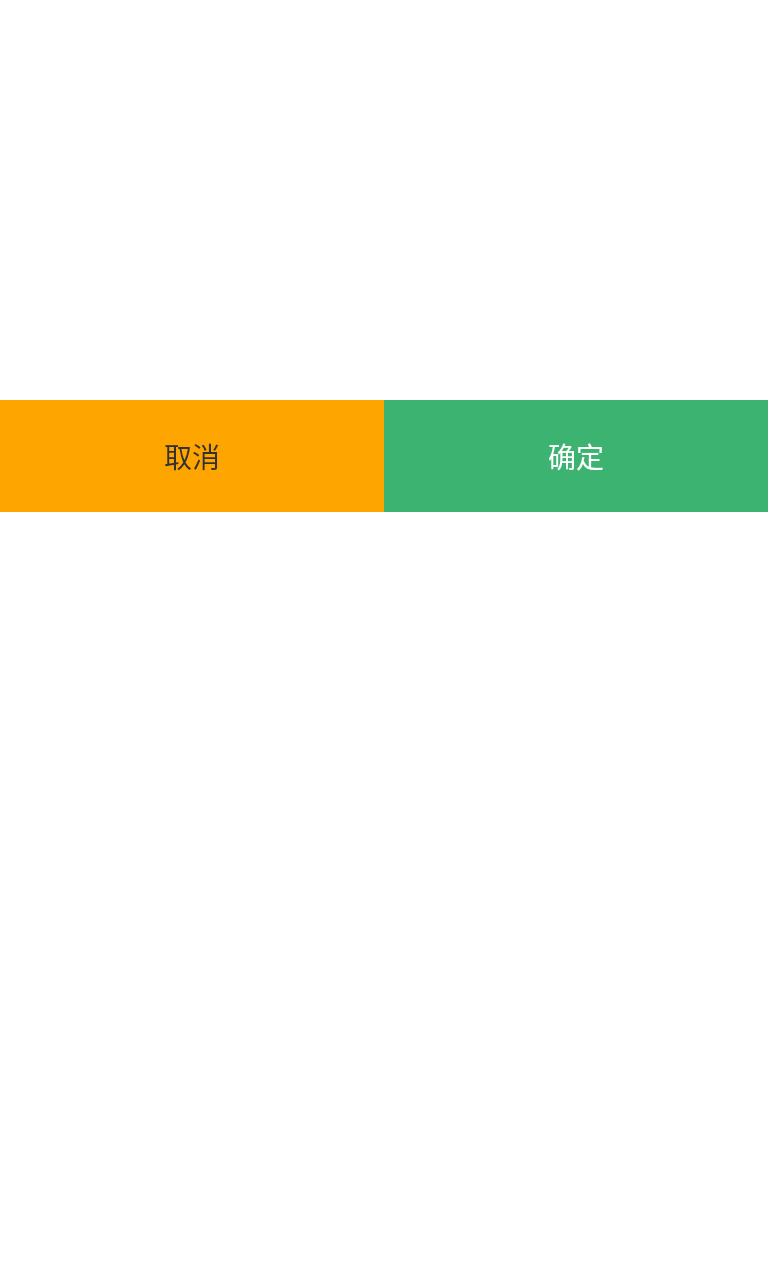
Repository: blanks1314/sysnc_android
Layout: UpayDemo/res/layout/dialog_error.xml
The author's editor kept a copy of each file at every save. The layout is drawn from the files as they stood at one save, then again after the next save.
It is drawn on a 768 x 1280 px phone screen (xhdpi) without system bars, with theme AppTheme; the app's code is not run.

Above is the layout before, as saved 2015-05-04 07:04:15.

### UpayDemo/res/layout/dialog_error.xml
<?xml version="1.0" encoding="utf-8"?>
<LinearLayout xmlns:android="http://schemas.android.com/apk/res/android"
    android:layout_width="match_parent"
    android:layout_height="match_parent"
    android:orientation="vertical" >

    <TextView
        android:id="@+id/tvContent"
        android:layout_width="match_parent"
        android:layout_height="200dp" />

    <LinearLayout
        android:layout_width="match_parent"
        android:layout_height="56dp"
        android:orientation="horizontal" >

        <TextView
            android:id="@+id/tvCancel"
            android:layout_width="0dp"
            android:layout_height="56dp"
            android:layout_weight="1"
            android:gravity="center"
            android:text="取消"
            android:background="@color/btn_selecter_2"/>

        <TextView
            android:id="@+id/tvOk"
            android:layout_width="0dp"
            android:layout_height="56dp"
            android:layout_weight="1"
            android:gravity="center"
            android:text="确定"
            android:background="@color/btn_selecter_1"
            android:textColor="@color/white" />
    </LinearLayout>

</LinearLayout>

### UpayDemo/res/values/styles.xml
<resources xmlns:android="http://schemas.android.com/apk/res/android">

    <!--
        Base application theme, dependent on API level. This theme is replaced
        by AppBaseTheme from res/values-vXX/styles.xml on newer devices.













    -->
    <style name="AppBaseTheme" parent="Theme.AppCompat.Light">
        <!--
            Theme customizations available in newer API levels can go in
            res/values-vXX/styles.xml, while customizations related to
            backward-compatibility can go here.













        -->
    </style>

    <!-- Application theme. -->
    <!--
    <style name="AppTheme" parent="AppBaseTheme">
        All customizations that are NOT specific to a particular API-level can go here.
    </style>








    -->

    <style name="AppTheme" parent="Theme.AppCompat.Light">
        <item name="tabView">@style/TabView</item>
        <item name="tabPageIndicator">@style/TabIndicator</item>
    </style>

    <style name="TabIndicator" />

    <style name="TabView">
        <item name="android:addStatesFromChildren">true</item>
        <item name="android:orientation">vertical</item>
        <item name="android:gravity">bottom|center_horizontal</item>
        <item name="android:layout_width">0dp</item>
        <item name="android:background">@android:color/white</item>
        <item name="android:layout_height">match_parent</item>
    </style>

    <style name="text_style_1">
        <item name="android:textSize">16sp</item>
        <item name="android:layout_width">0dp</item>
        <item name="android:layout_weight">1</item>
        <item name="android:layout_height">fill_parent</item>
        <item name="android:gravity">center_vertical</item>
        <item name="android:ellipsize">marquee</item>
        <item name="android:singleLine">true</item>
    </style>

    <style name="edit_style_1">
        <item name="android:textSize">16sp</item>
        <item name="android:layout_width">0dp</item>
        <item name="android:layout_weight">1</item>
        <item name="android:layout_height">fill_parent</item>
        <item name="android:gravity">center_vertical</item>
    </style>

    <style name="spn_style_1">
        <item name="android:textSize">10sp</item>
        <item name="android:layout_width">wrap_content</item>
        <item name="android:layout_height">fill_parent</item>
    </style>

    <style name="linear_style_1">
        <item name="android:layout_width">match_parent</item>
        <item name="android:gravity">center_vertical</item>
        <item name="android:layout_height">40dp</item>
        <item name="android:orientation">horizontal</item>
        <item name="android:layout_marginLeft">5dp</item>
        <item name="android:layout_marginRight">5dp</item>
        <item name="android:layout_marginTop">10dp</item>
    </style>

    <style name="img_btn_1">
        <item name="android:layout_width">wrap_content</item>
        <item name="android:layout_height">wrap_content</item>
        <item name="android:padding">10dp</item>
    </style>

    <style name="btn_style_1">
        <item name="android:layout_width">200dp</item>
        <item name="android:layout_height">wrap_content</item>
        <item name="android:background">@drawable/btn_selecter</item>
        <item name="android:textColor">@color/white</item>
        <item name="android:layout_marginTop">10dp</item>
    </style>

    <style name="btn_style_2">
        <item name="android:layout_width">100dp</item>
        <item name="android:layout_height">wrap_content</item>
        <item name="android:background">@drawable/btn_selecter</item>
        <item name="android:textColor">@color/white</item>
        <item name="android:layout_marginTop">10dp</item>
    </style>

    <style name="loading_dialog" parent="android:style/Theme.Dialog">
        <item name="android:windowFrame">@null</item>
        <item name="android:windowNoTitle">true</item>
        <item name="android:windowIsFloating">true</item>
        <item name="android:windowContentOverlay">@null</item>
        <item name="android:windowBackground">@android:color/transparent</item>
        <item name="android:background">#00000000</item>
 <!-- 设置自定义布局的背景透明 -->
    </style>

    <style name="error_dialog" parent="@android:style/Theme.Dialog">

                　　        <item name="android:windowFrame">@null</item>

                　　        <item name="android:windowIsFloating">true</item>

                　　        <item name="android:windowIsTranslucent">false</item>

                　　        <item name="android:windowNoTitle">true</item>

                　　        <item name="android:background">@android:color/white</item>

                　　        <item name="android:windowBackground">@null</item>

                　　        <item name="android:backgroundDimEnabled">false</item>
        <item name="android:textColor">@android:color/black</item>
    </style>

</resources>

### UpayDemo/res/values/attrs.xml
<?xml version="1.0" encoding="utf-8"?>
<resources>
    <declare-styleable name="TabView">
        <attr name="tabPageIndicator" format="reference" />
        <attr name="tabView" format="reference" />
    </declare-styleable>

    <string-array name="currTypes">
        <item >RMB(156)</item>
    </string-array>
</resources>

### UpayDemo/res/values/color.xml
<?xml version="1.0" encoding="utf-8"?>
<resources>

    <color name="white">#FFFFFF</color>
    <color name="tab_text_normal">#696969</color>
    <color name="tab_text_selected">#73bf40</color>
    <color name="btn_selecter_1">#3CB371</color>
    <color name="btn_selecter_2">#FFA500</color>
    <color name="text_result">#F5FFFA</color>
    <color name="gray">#dcdcdc</color>

</resources>

Loaded but not shown: UpayDemo/res/values-v11/styles.xml (common file); UpayDemo/res/values-v14/styles.xml (common file); UpayDemo/res/values/values.xml (657 lines, source omitted)

After the next save:
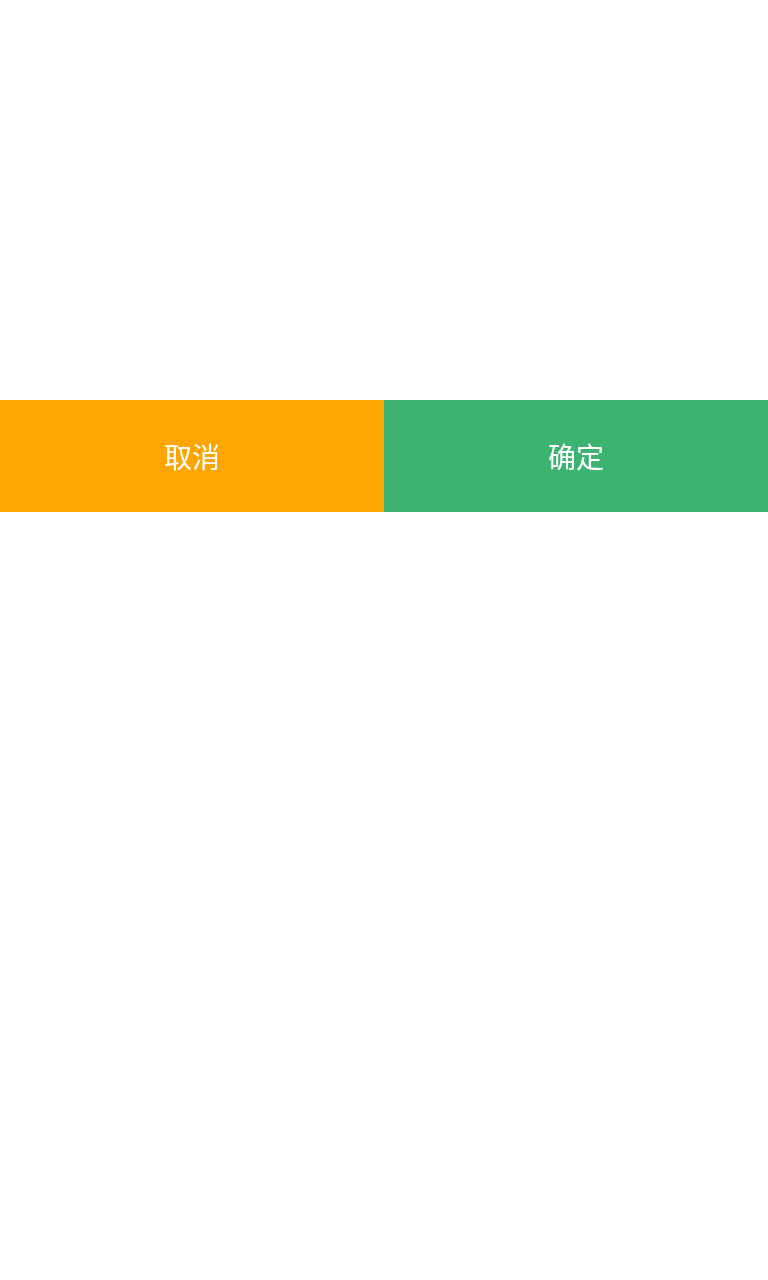
Saved 8 s later.
--- a/UpayDemo/res/layout/dialog_error.xml
+++ b/UpayDemo/res/layout/dialog_error.xml
@@ -21,7 +21,8 @@
             android:layout_weight="1"
             android:gravity="center"
             android:text="取消"
-            android:background="@color/btn_selecter_2"/>
+            android:background="@color/btn_selecter_2"
+            android:textColor="@color/white"/>
 
         <TextView
             android:id="@+id/tvOk"
